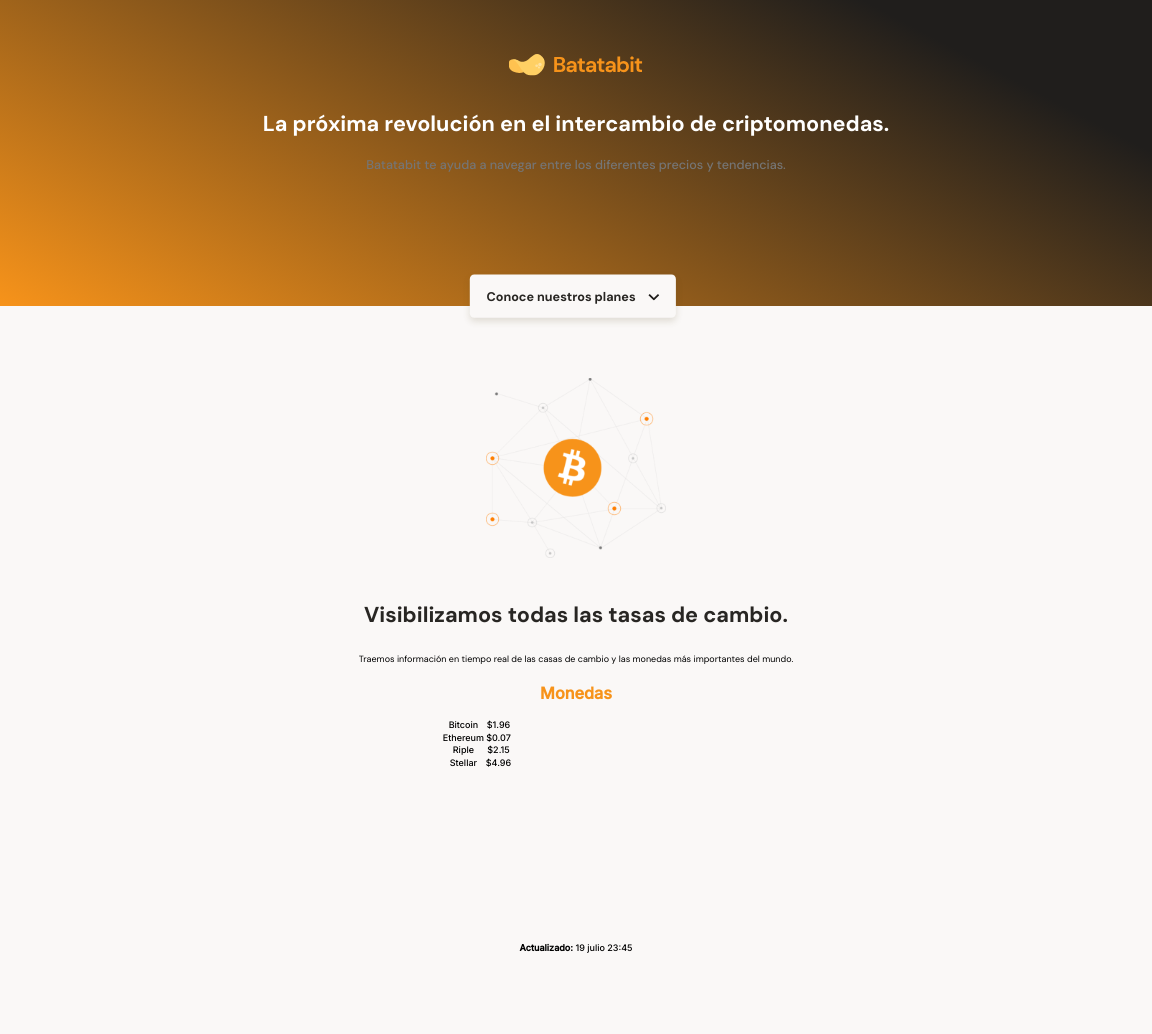
Repository: elto82/mobileFirst
Page: index.html
The author's editor kept a copy of each file at every save. The page is drawn from the files as they stood at one save, then again after the next save.
The browser window is 1280 px wide. The pictures show the whole page, at 90% of full size.
Some web fonts or font styles are not loaded; a fallback is used.

Above is the page before, as saved 2022-06-07 18:11:12.

### index.html
<!DOCTYPE html>
<html lang="en">
  <head>
    <meta charset="UTF-8" />
    <meta http-equiv="X-UA-Compatible" content="IE=edge" />
    <meta name="viewport" content="width=device-width, initial-scale=1.0" />
    <link rel="preconnect" href="https://fonts.googleapis.com" />
    <link rel="preconnect" href="https://fonts.gstatic.com" crossorigin />
    <link
      href="https://fonts.googleapis.com/css2?family=DM+Sans:wght@400;500;700&family=Inter:wght@300;500&family=Poppins:ital,wght@0,300;1,400;1,600&family=Quicksand:wght@300;500;700&family=Roboto:wght@400;700&family=Rubik+Beastly&display=swap"
      rel="stylesheet"
    />
    <link rel="stylesheet" href="./style.css">
    <title>Document</title>
  </head>
  <body>
    <header>
        <img src="./assets/img/logo.svg" alt="">
        <div class="header-title-container">
            <h1>La próxima revolución en el intercambio de criptomonedas.</h1>
            <p>Batatabit te ayuda a navegar entre los diferentes precios y tendencias.  </p>
            <a href="" class="header-button">Conoce nuestros planes <span></span></a>
        </div>
    </header>
    <main>
      <section class="main-exchange-container">
          <div class="backgroundImg"></div>
          <div class="main-exchange-conintainer--title">
            <h2>Visibilizamos todas las tasas de cambio.</h2>
            <p>Traemos información en tiempo real de las casas de cambio y las monedas más importantes del mundo.</p>
          </div>
          <section class="main-tables-container">
              <div class="main-currency-table">
                <p class="currency-table--title">Monedas</p>
                <div class="currency-table--container">
                  <table>
                    <tr>
                      <td class="table__top-left">Bitcoin</td>
                      <td class="table__top-right table__right" >$1.96 <span></span></td>
                    </tr>
                    <tr>
                      <td>Ethereum</td>
                      <td class="table__right">$0.07</td>
                    </tr>
                    <tr>
                      <td>Riple</td>
                      <td class="table__right">$2.15</td>
                    </tr>
                    <tr>
                      <td class="table__bottom-left">Stellar</td>
                      <td class="table__botton-right table__right">$4.96</td>
                    </tr>
                  </table>
                </div>
                <div class="currency-table--date">
                  <p><b> Actualizado:</b> 19 julio 23:45</p>
                </div>
              </div>
          </section>
      </section>
      <section></section>
      <section></section>
      <section></section>
    </main>
    <footer></footer>
  </body>
</html>

### style.css
/*
1. Posicionamiento
2. Modelo de caja (box model)
3. Tipografia
4.Visuales
5. Otros
*/
:root{
    /* colores */
    --bitcoin-orange:#f7931a;
    --soft-orange: #ffe9d5;
    --secondary-blue:#1a9af7;
    --soft-blue: #e7f5ff;
    --warm-black: #201e1c;
    --black:#282623;
    --grey:#bababa;
    --off-white:#faf8f7;
    --just-white:#fff;

}
*{
    box-sizing: border-box;
    margin: 0;
    padding: 0;
}
html{
    font-size: 62.5%;
    font-family: 'DM Sans', sans-serif;;
}
header{
    position: relative;
    display: flex;
    flex-direction: column;
    justify-content: center;
    width: 100%;
    min-width: 32rem;
    height: 34rem;
    text-align: center;
    background: linear-gradient(207.8deg, #201e1c 16.69%, #f7931a 100%);
}
header img{
    width: 15rem;
    height: 2.4rem;
    margin-top: 6rem;
    align-self: center;
}
.header-title-container{
    width: 90%;
    min-width: 28.8rem;
    max-width: 90rem;
    height: 21.8rem;
    margin-top: 4rem;
    text-align: center;
    align-self: center;
}
.header-title-container h1{
    font-size: 2.4rem;
    font-weight: bold;
    line-height: 2.6rem;
    color: var(--just-white);
}
.header-title-container p{
    margin-top: 2.5rem;
    font-size: 1.4rem;
    font-weight: 500;
    line-height: 1.8rem;
    color: var(--soft-orange);
}
.header-title-container .header-button{
    position: absolute;
    left: calc(50% - 11.8rem);
    top: 27rem;
    display: block;
    margin-top: 3.5rem;
    padding: 1.5rem;
    width: 22.9rem;
    height: 4.8rem;
    background-color: var(--off-white);
    box-shadow: 0px 4px 8px rgba(89, 73, 30, 0.16);
    border: none;
    border-radius: 0.5rem;
    font-size: 1.4rem;
    font-weight: bold;
    text-decoration: none;
    color: var(--black);
}
.header-button span{
    display: inline-block;
    width: 1.3rem;
    height: 0.8rem;
    margin-left: 1rem;
    background-image: url('./assets/icons/down-arrow.svg');
}
main{
    width: 100%;
    height: auto;
    background-color: var(--off-white);
}
.main-exchange-container{
    width: 100%;
    height: auto;
    padding-top: 8rem;
    padding-bottom: 3rem;
    text-align: center;
}
.main-exchange-conintainer--title{
    width: 90%;
    min-width: 28.8rem;
    max-width: 90rem;
    margin: 0 auto;
}
.main-exchange-container .backgroundImg{
    width: 20rem;
    height: 20rem;
    margin: 0 auto;
    margin-bottom: 5rem;
    background-image: url('./assets/img/Bitcoin.svg');
    background-size: cover;
    background-position: center;
    background-repeat: no-repeat;
}
.main-exchange-container h2{
    margin-bottom: 3rem;
    font-size: 2.4rem;
    font-weight: bold;
    line-height: 2.6rem;
    color: var(--black);
}
.header-title-container p{
    margin-bottom: 3rem;
    font-size: 1.4rem;
    font-weight: 500;
    line-height: 1.6rem;
    color: #757575;
}
.main-currency-table{
    width: 70%;
    min-width: 23.5rem;
    max-width: 50re;
    height: 36rem;
    margin: 0 auto;
    font-family: 'Inter', 'sans-serif';
}
.main-currency-table .currency-table--title{
    margin-top: 2rem;
    margin-bottom: 1.5rem;
    font-size: 1.8rem;
    font-weight: bold;
    line-height: 2.3rem;
    color: var(--bitcoin-orange);
}
.currency-table--container{
    width: 90%;
    min-width: 23rem;
    max-width: 30rem;
    height: 25rem;
    margin: 0 auto;
}

After the next save:
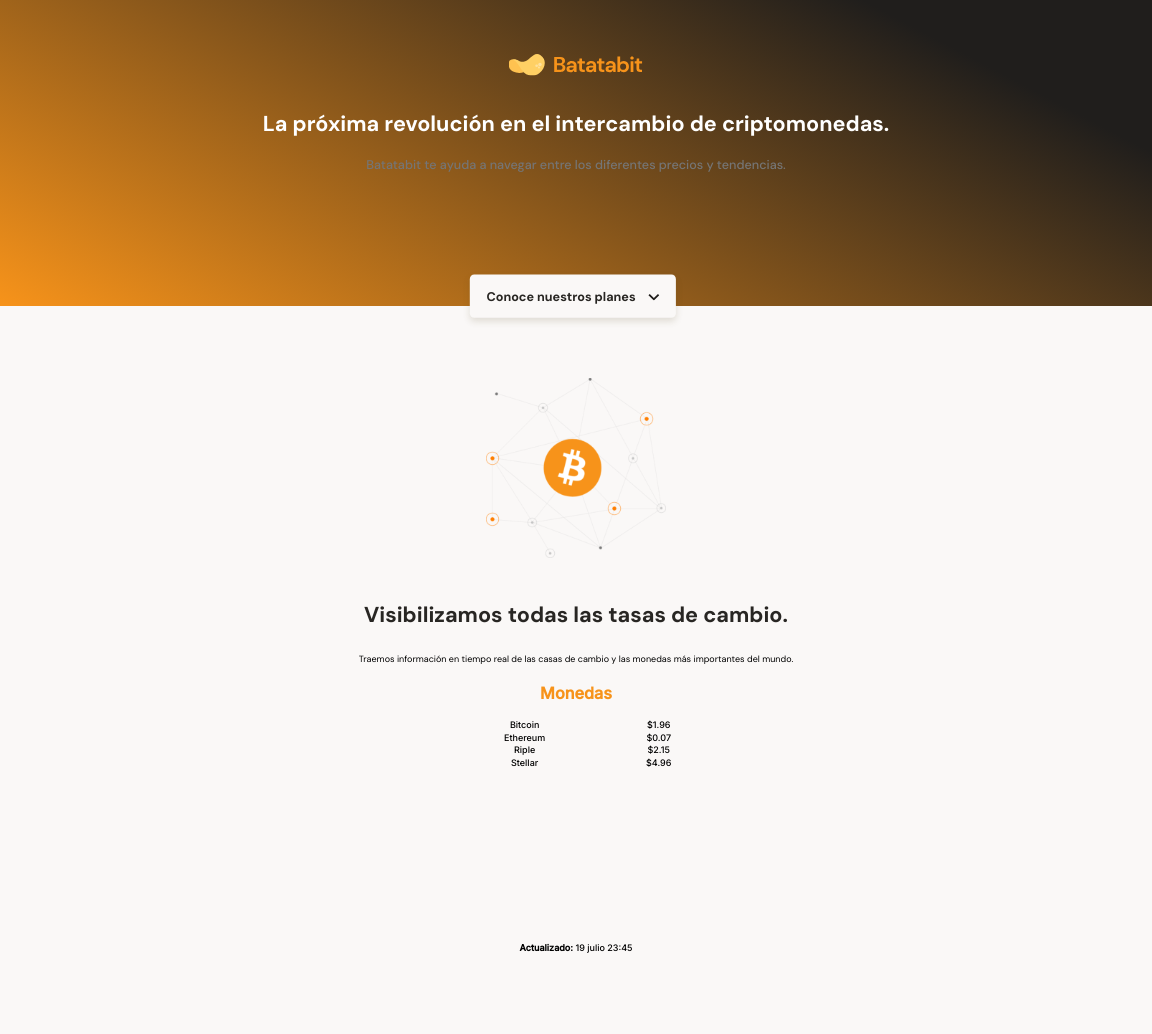
Saved 80 s later.
--- a/style.css
+++ b/style.css
@@ -156,3 +156,6 @@
     height: 25rem;
     margin: 0 auto;
 }
+.currency-table--container table{
+    width: 100%;
+}
